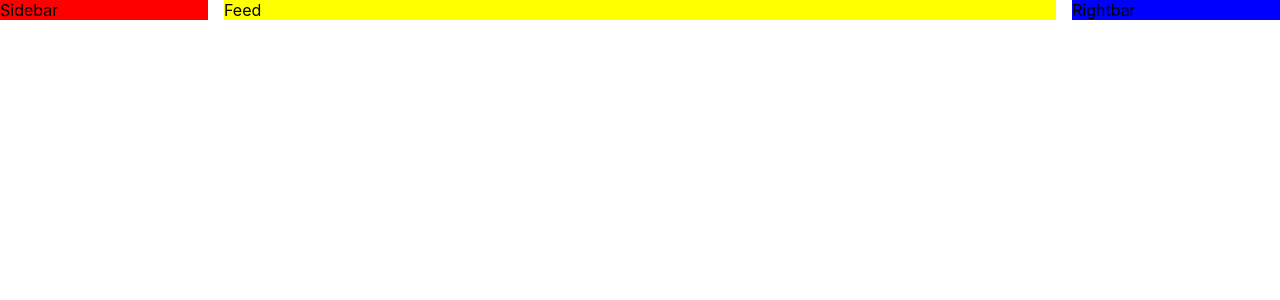
Repository: abubaker-cs/mui5_dashboard
Page: /
These files come from the project's save history. The page is drawn as it stood at one moment and after the next save; the edit follows.
The browser window is 1280 px wide. The pictures show the whole page.
The project was rebuilt for these pictures with package versions that can differ from the ones it lists, and the page was loaded fresh each time. Also part of the build but not shown: src/App.css.

Above is the page before, as saved 2022-07-17 05:27:04.

After the next save:
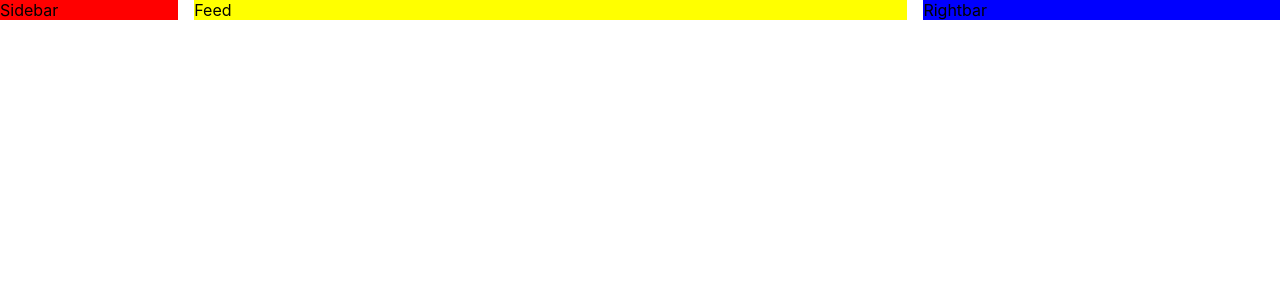
Saved 4 s later.
--- a/src/components/Rightbar.jsx
+++ b/src/components/Rightbar.jsx
@@ -3,7 +3,7 @@
 
 const Rightbar = () => {
   return (
-    <Box bgcolor="blue" flex={1}>
+    <Box bgcolor="blue" flex={2}>
       Rightbar
     </Box>
   );
